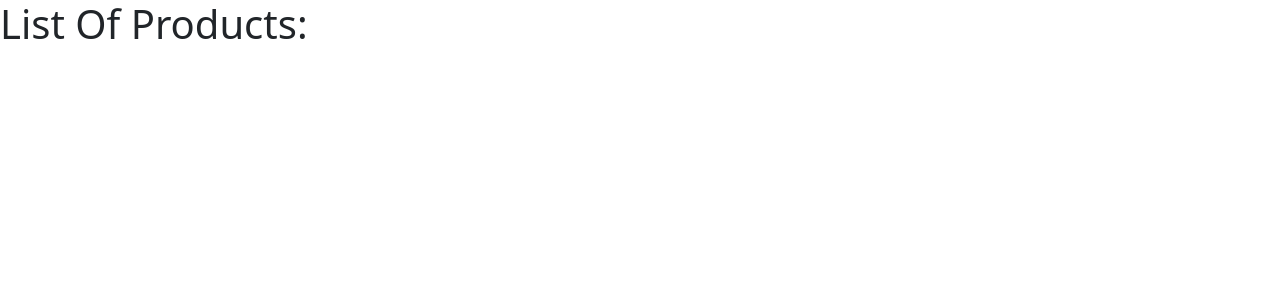
Repository: saargold/reactTest
Page: /
The author's editor kept a copy of each file at every save. The page is drawn from the files as they stood at one save, then again after the next save.
The browser window is 1280 px wide. The pictures show the whole page.
The page's requests for data from a server got no answer. The project was rebuilt for these pictures with package versions that can differ from the ones it lists, and the page was loaded fresh each time. No one was signed in, and anything a server would have sent is missing. Also part of the build but not shown: src/App.css.

Above is the page before, as saved 2022-09-07 12:40:27.

### src/App.js
import logo from './logo.svg';
import './App.css';
import Apicomp from './api/Apicomp';
import AppMovies from './components/AppMovies';
function App() {
  return (
    <div className="App">
    <Apicomp/>
    <AppMovies/>
    </div>
  );
}

export default App;

### src/api/Apicomp.js
import React,{useEffect, useState} from 'react'

function Apicomp() {
    let [ar,setAr] = useState([]);
    useEffect(()=>{
        doApi()
        },[]);
        const doApi = async()=>{
        let url= "http://fs1.co.il/bus/shop.php";
        let response = await fetch(url);
        let data = await response.json();
        console.log(data);
        setAr(data);

            }
  return (
    <div>
    <h1>List Of Products:</h1>
    <ul>
        {ar.map(item =>{
            return(
            <li  key={item.id}>
                {item.name} - {item.price} Nis
            </li>
            )
        })}
    </ul>

    </div>
  )
}

export default Apicomp

### src/components/AppMovies.js
import React from 'react'

function AppMovies() {
  return (
    <div>

    </div>
  )
}

export default AppMovies

Loaded but not shown: public/index.html (common file); src/index.js (common file); src/index.css (common file); src/reportWebVitals.js (common file)

After the next save:
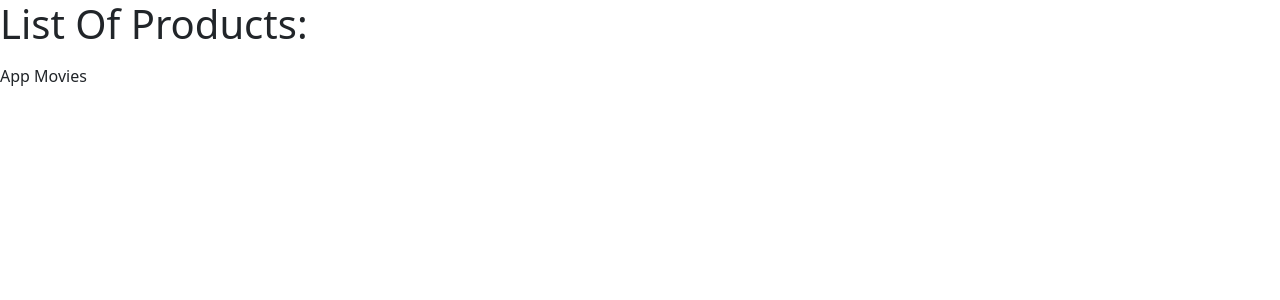
Saved 13 s later.
--- a/src/components/AppMovies.js
+++ b/src/components/AppMovies.js
@@ -3,7 +3,7 @@ import React from 'react'
 function AppMovies() {
   return (
     <div>
-
+      App Movies
     </div>
   )
 }
